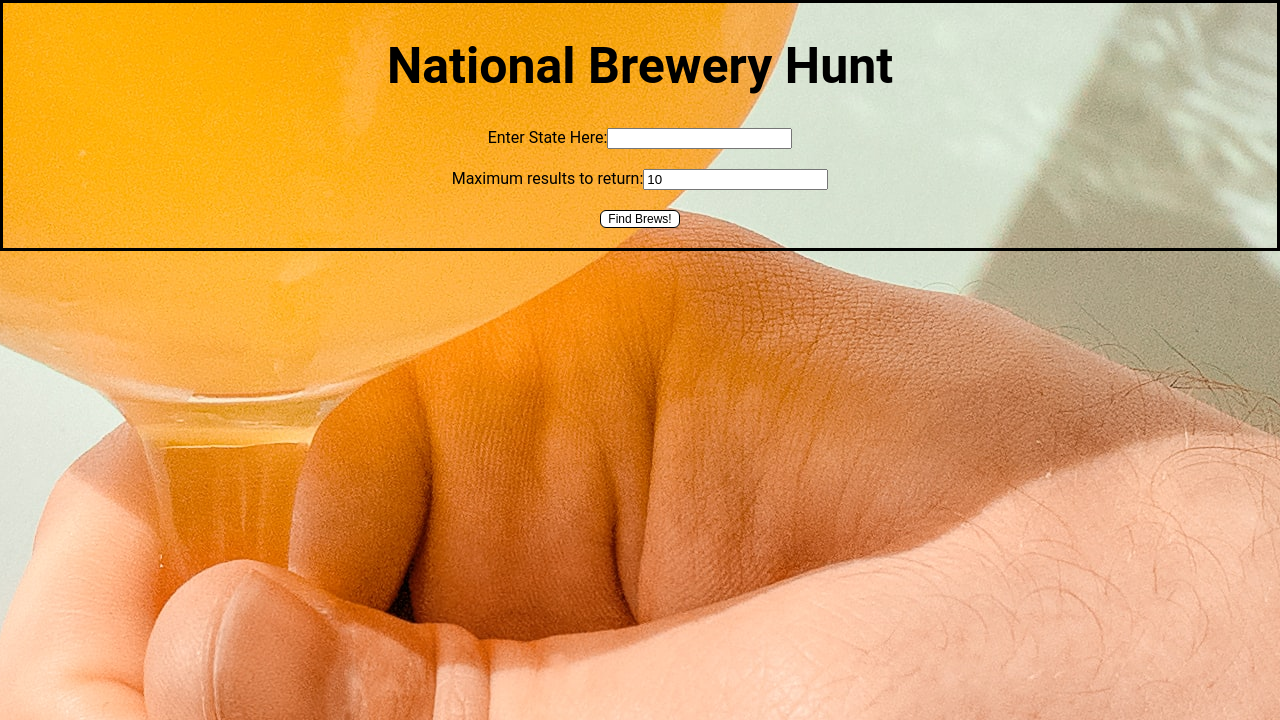
Repository: kaitlynMidori/searchBrews
Page: index.html
The author's editor kept a copy of each file at every save. The page is drawn from the files as they stood at one save, then again after the next save.
The browser window is 1280 px wide. The pictures show the whole page.

Above is the page before, as saved 2021-04-24 12:17:53.

After the next save:
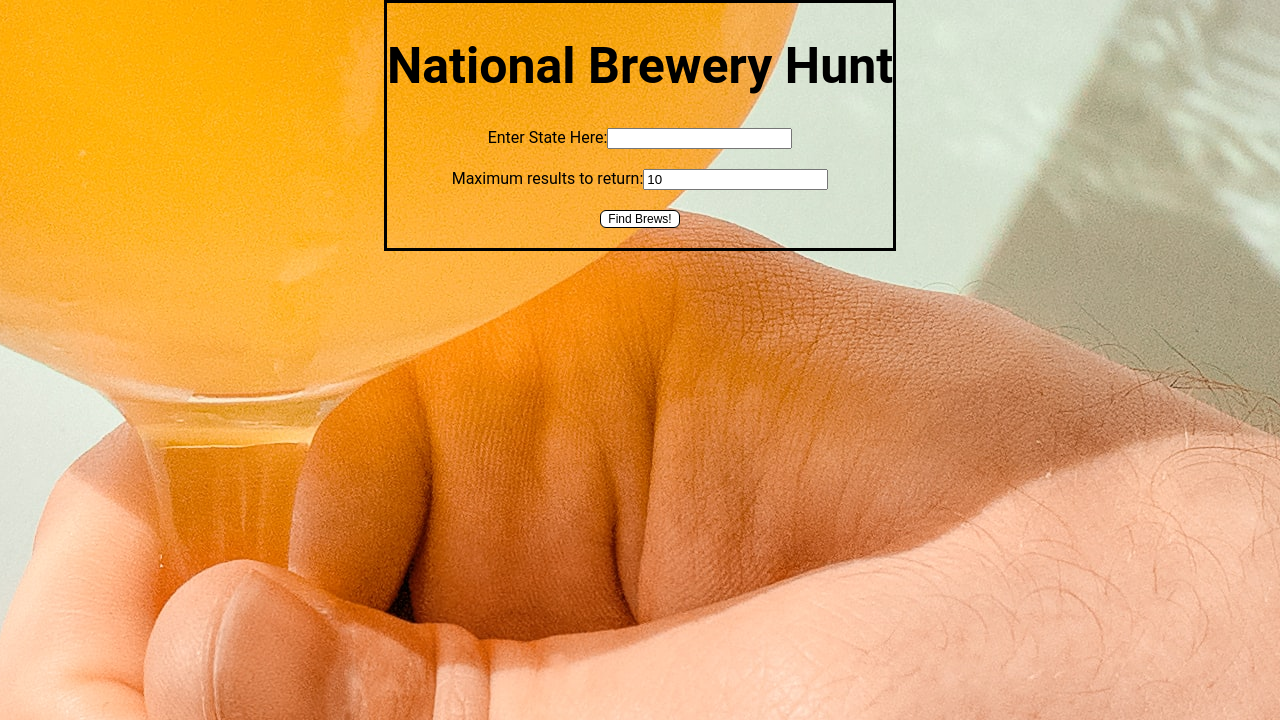
Saved 12 s later.
--- a/style.css
+++ b/style.css
@@ -5,7 +5,7 @@ body {
     margin: auto;
     background: cover;
     background: url("screenshots/beer.jpg") no-repeat center center fixed;
-
+    width: fit-content;
 
     border: solid;
 }
